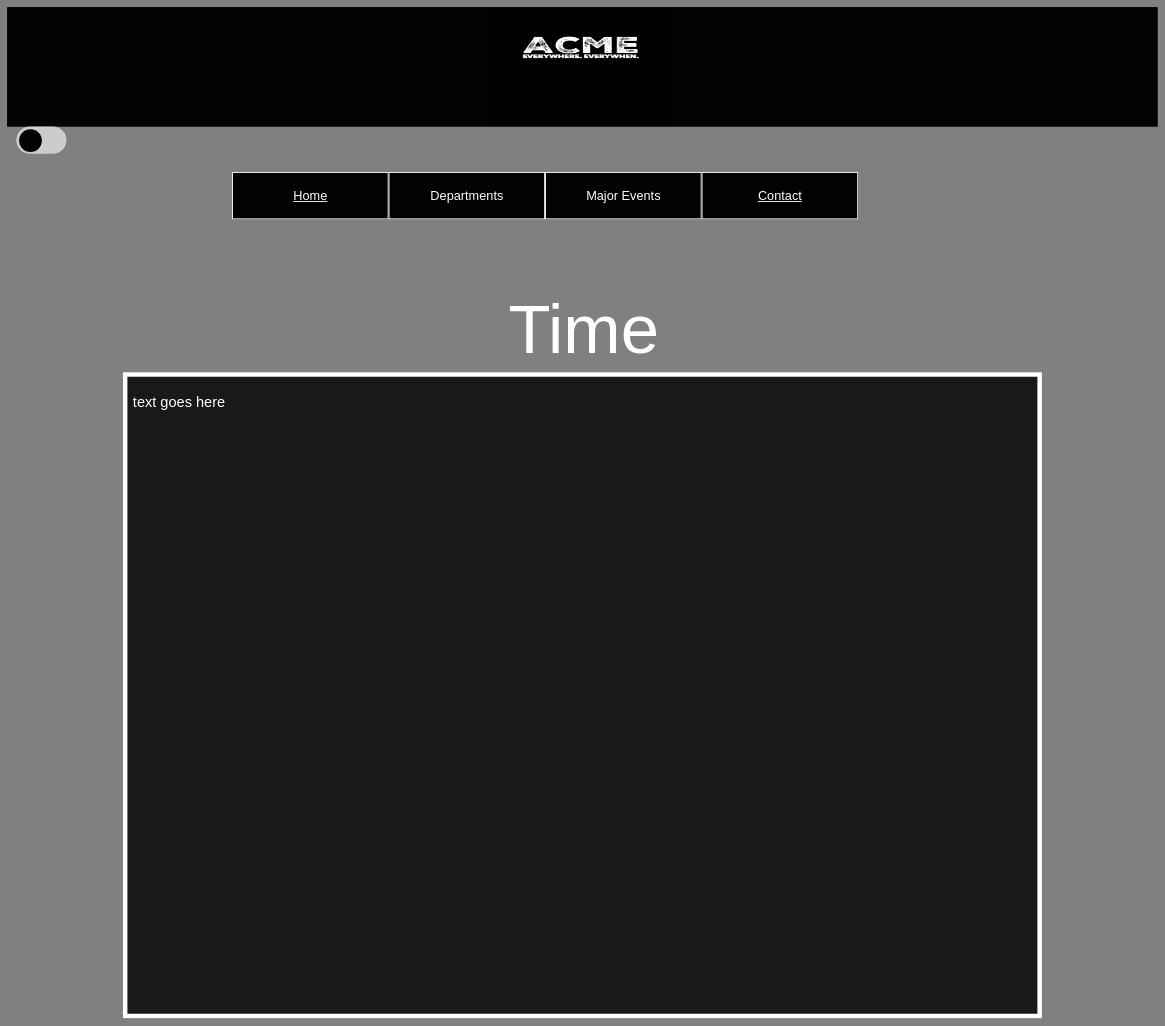
Repository: omega7379/omega7379.github.io
Page: TimeKeepers.html
These files come from the project's save history. The page is drawn as it stood at one moment and after the next save; the edit follows.
The browser window is 1280 px wide. The pictures show the whole page, at 91% of full size.

Above is the page before, as saved 2022-07-02 18:21:48.

After the next save:
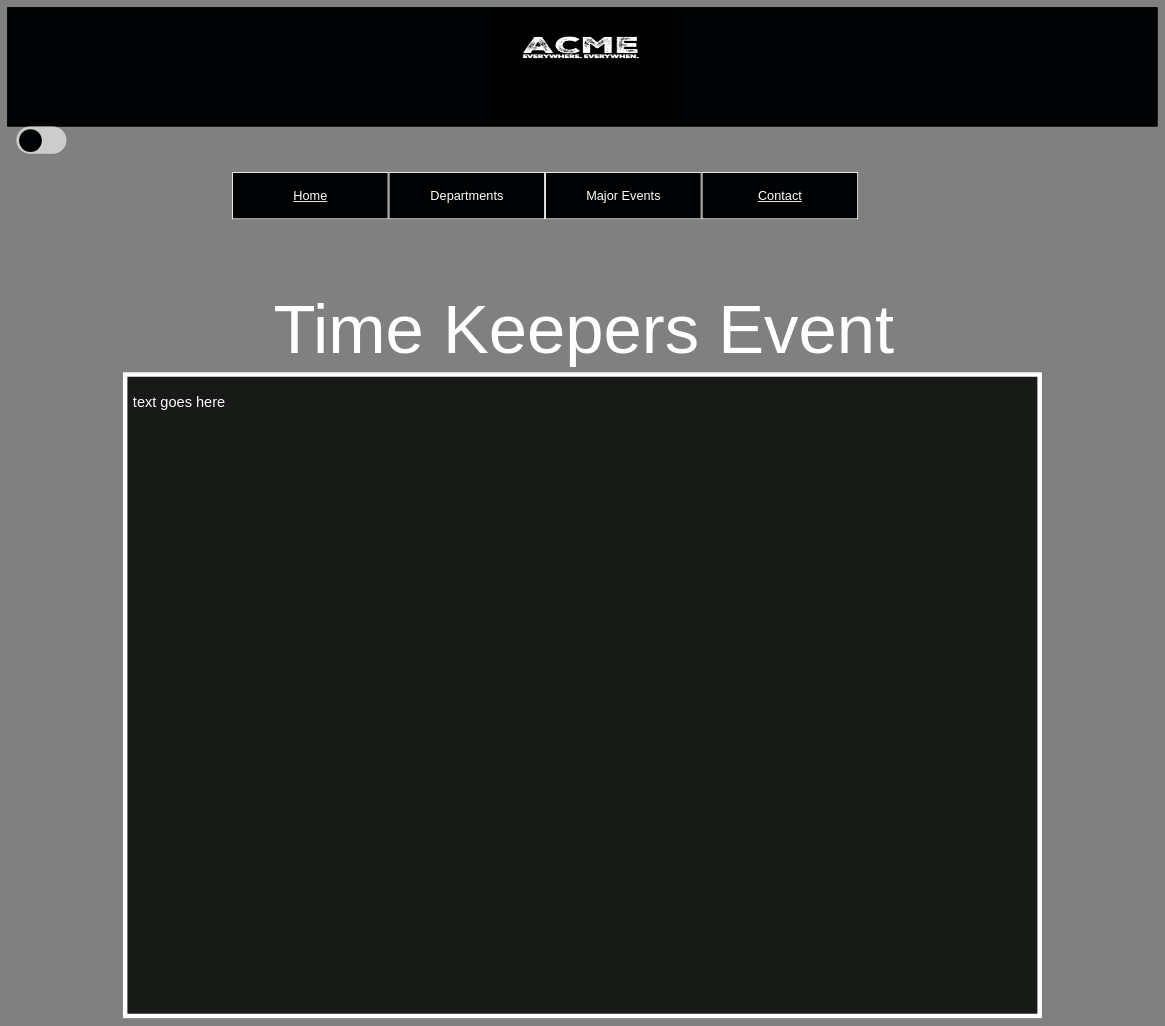
Saved 5 s later.
--- a/TimeKeepers.html
+++ b/TimeKeepers.html
@@ -80,7 +80,7 @@
             </div>
         </br></br></br>
             <div class="title">
-                <p>Time</p>
+                <p>Time Keepers Event</p>
             </div>
             <!--main table holding the contents of the page-->
             <div class="contentTable">
